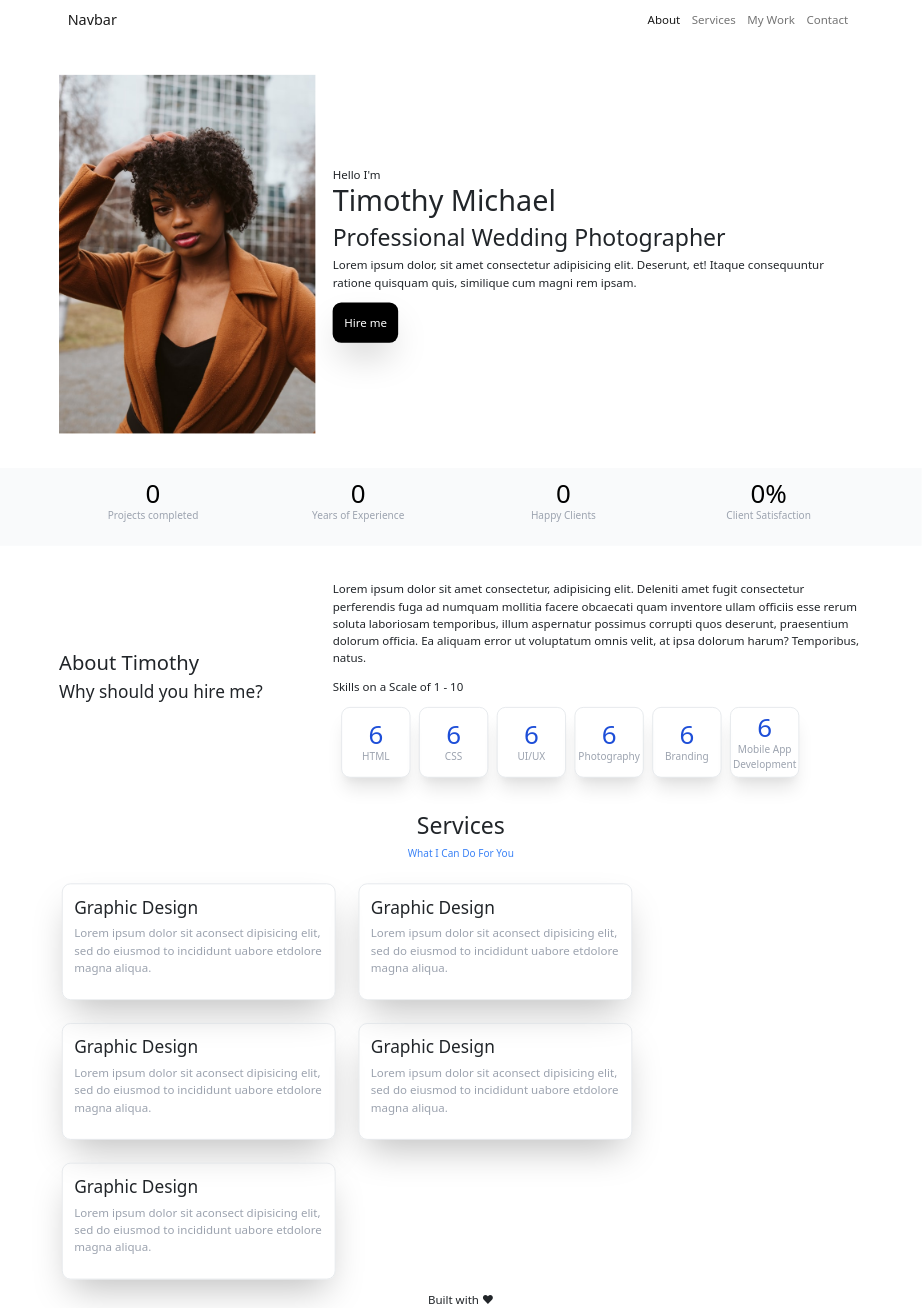
Repository: latenightsnacc/giggles
Page: HTML/freelancer.html
The author's editor kept a copy of each file at every save. The page is drawn from the files as they stood at one save, then again after the next save.
The browser window is 1280 px wide. The pictures show the whole page, at 72% of full size.
Some web libraries are served in a nearby version.

Above is the page before, as saved 2021-01-03 15:50:45.

After the next save:
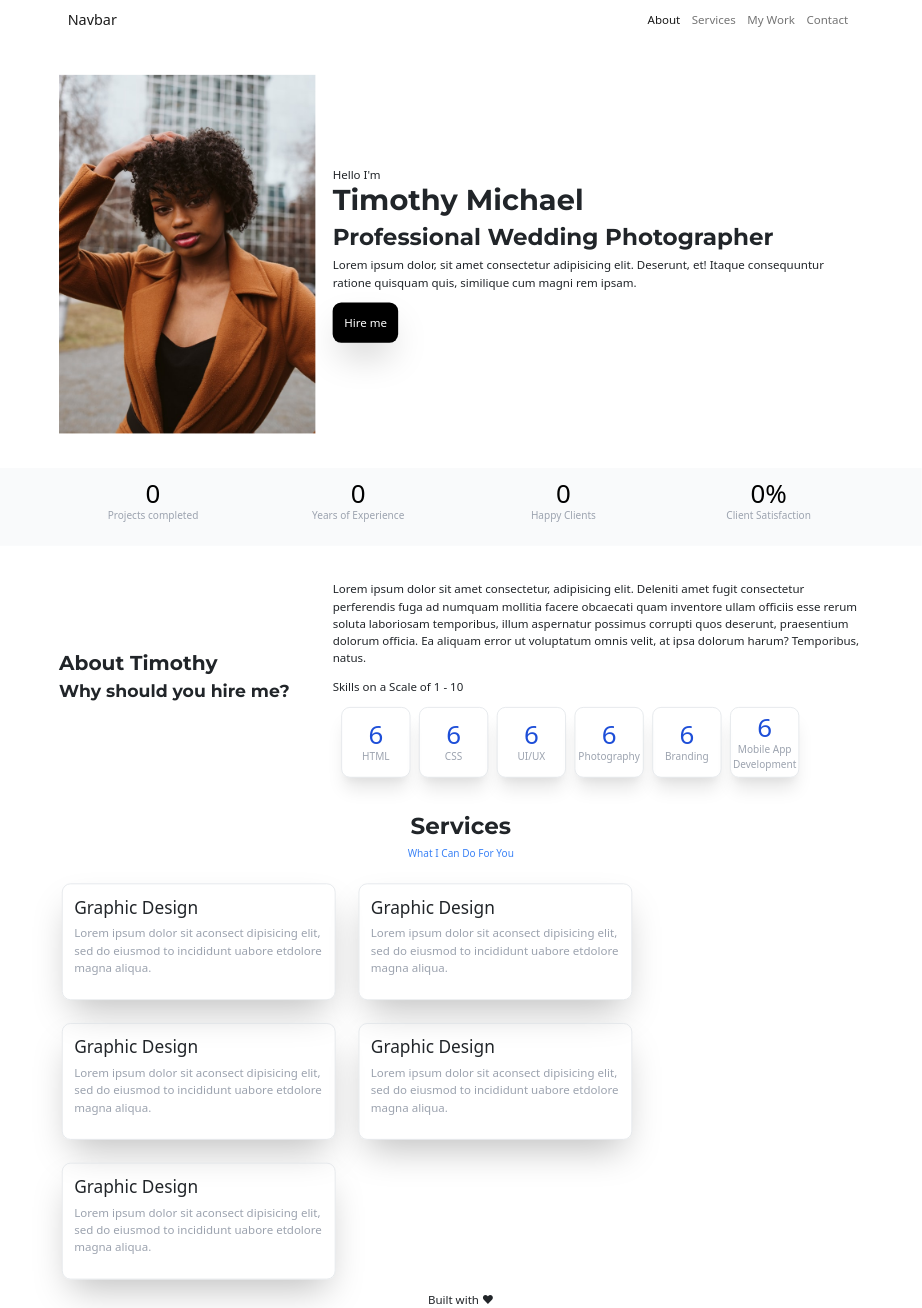
Saved 4 s later.
--- a/HTML/freelancer.html
+++ b/HTML/freelancer.html
@@ -6,7 +6,7 @@
     <link href="https://cdnjs.cloudflare.com/ajax/libs/tailwindcss/2.0.2/tailwind.min.css" rel="stylesheet">
     <link rel="stylesheet" href="https://stackpath.bootstrapcdn.com/font-awesome/4.7.0/css/font-awesome.min.css" />
     <link href="https://cdn.jsdelivr.net/npm/bootstrap@5.0.0-beta1/dist/css/bootstrap.min.css" rel="stylesheet" integrity="sha384-giJF6kkoqNQ00vy+HMDP7azOuL0xtbfIcaT9wjKHr8RbDVddVHyTfAAsrekwKmP1" crossorigin="anonymous">
-    <link rel="stylesheet" href="">
+    <link rel="stylesheet" href="stylesheet.css">
     <title>Freelancer Page</title>
 </head>
 <body class="overflow-x-hidden">
